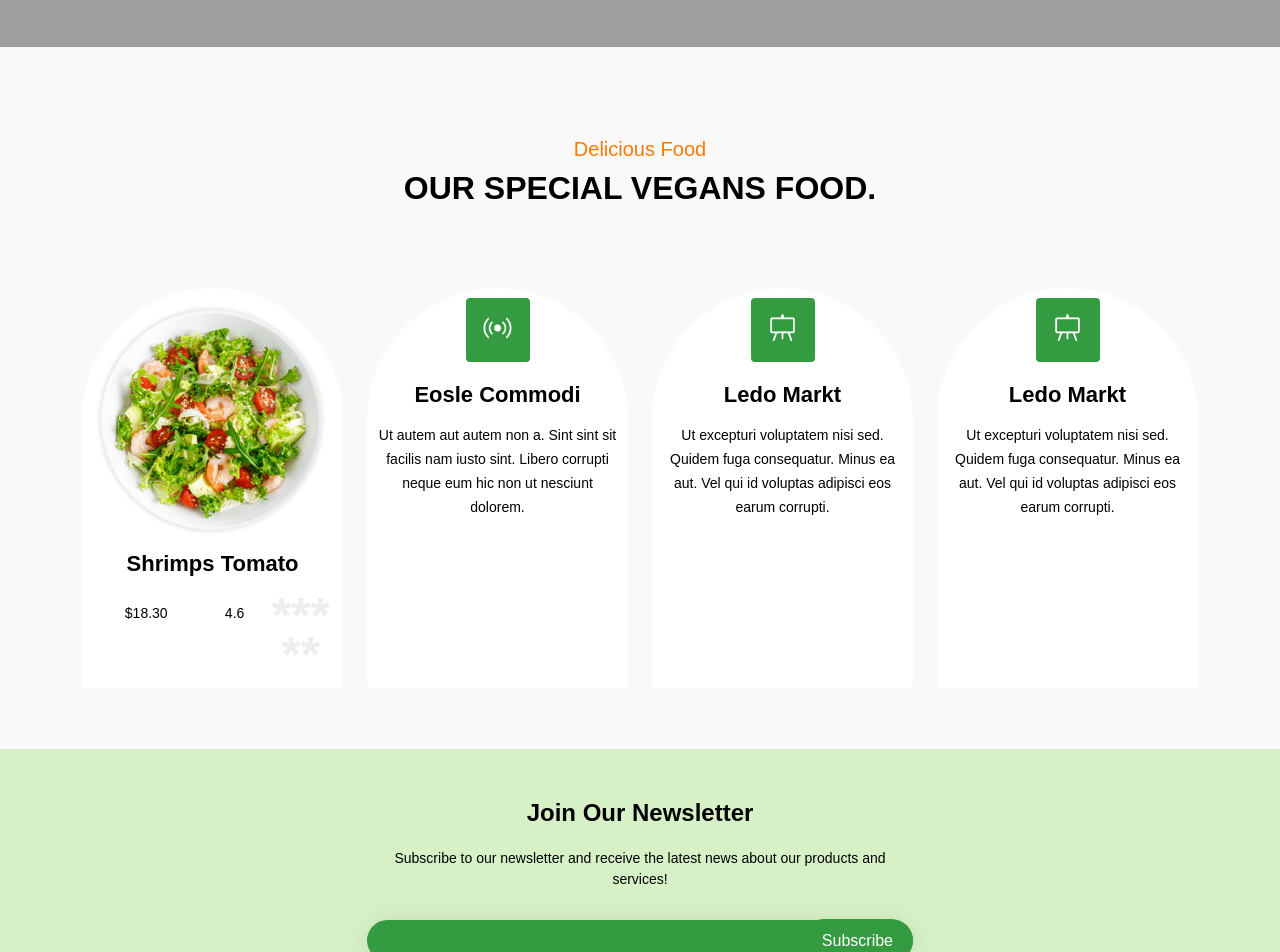
Repository: junivig/volt-new-project
Page: index.html
An editor plug-in stored every save of this project. The page is shown before and after the next save, followed by the edit.
The browser window is 1280 px wide. The pictures show the part of the page from y = 1756 to 2708 px (the page is 3093 px tall).
Pictures or frames that could not be fetched are drawn as grey boxes.

Above is the page before, as saved 2025-01-30 12:35:05.

After the next save:
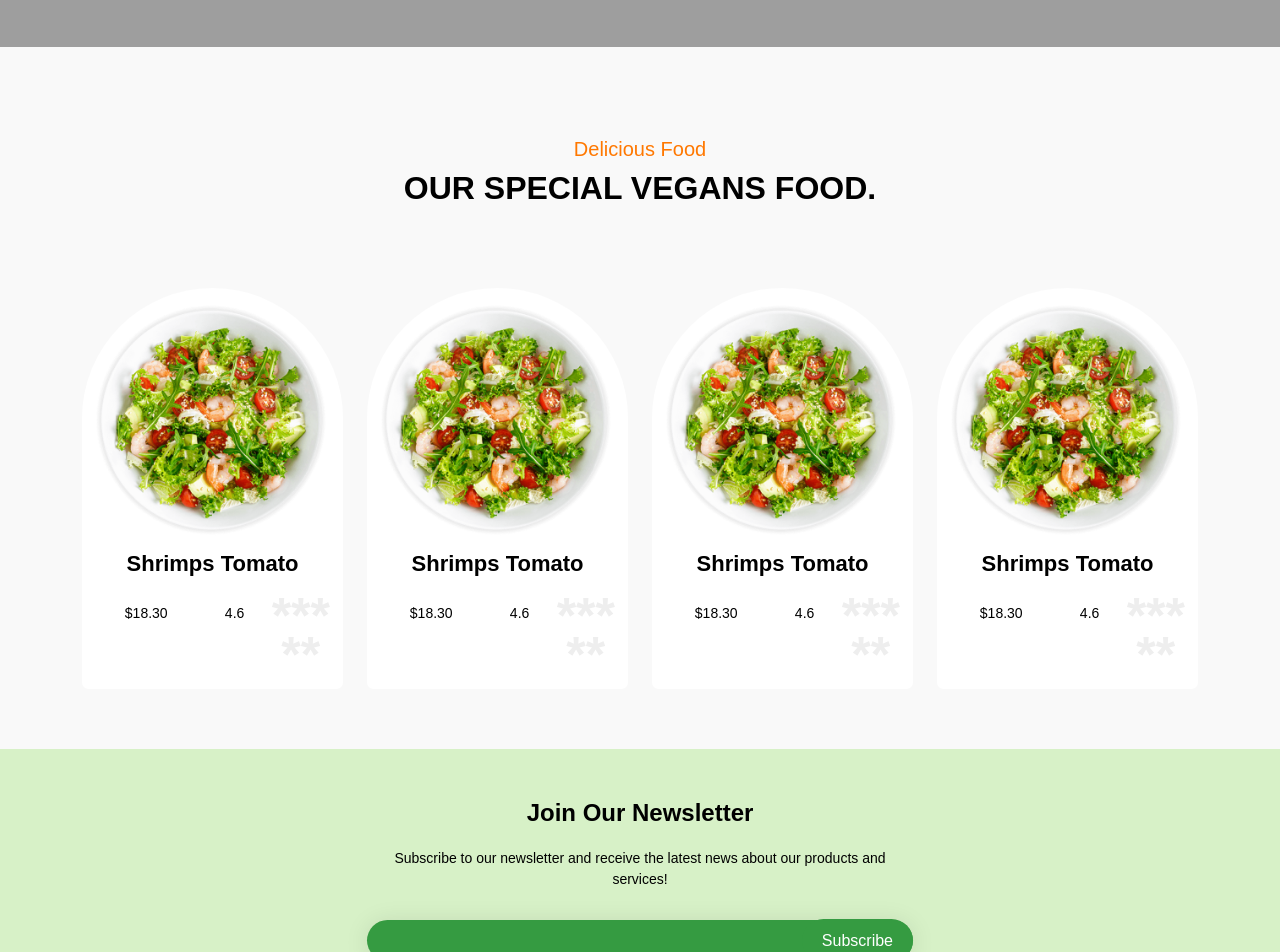
Saved 57 s later.
--- a/index.html
+++ b/index.html
@@ -347,39 +347,66 @@
                 </div>
               </div><!-- End Service Item -->
 
-              <div class="col-lg-3 col-md-6" data-aos="fade-up" data-aos-delay="200">
+              <div class="col-lg-3 col-md-6" data-aos="fade-up" data-aos-delay="100">
                 <div class="service-item position-relative">
-                  <div class="icon">
-                    <i class="bi bi-broadcast"></i>
-                  </div>
-                  <a href="service-details.html" class="stretched-link">
-                    <h3>Eosle Commodi</h3>
-                  </a>
-                  <p>Ut autem aut autem non a. Sint sint sit facilis nam iusto sint. Libero corrupti neque eum hic non ut nesciunt dolorem.</p>
+                  <div class="">
+                    <img src="assets/img/menu-one.png" class="img-fluid " alt="">
+                  </div>
+                    <h3>Shrimps Tomato</h3>
+                  <div class="row mt-4">
+                    <div class="col-6">
+                      <p>$18.30</p>
+                    </div>
+                    <div class="col-2">
+                      <p>4.6</p>
+                    </div>
+                    <div class="col-4 px-0">
+                      <span class="star">***</span>
+                      <span class="star">**</span>
+                    </div>
+                  </div>
                 </div>
               </div><!-- End Service Item -->
 
-              <div class="col-lg-3 col-md-6" data-aos="fade-up" data-aos-delay="300">
+              <div class="col-lg-3 col-md-6" data-aos="fade-up" data-aos-delay="100">
                 <div class="service-item position-relative">
-                  <div class="icon">
-                    <i class="bi bi-easel"></i>
-                  </div>
-                  <a href="service-details.html" class="stretched-link">
-                    <h3>Ledo Markt</h3>
-                  </a>
-                  <p>Ut excepturi voluptatem nisi sed. Quidem fuga consequatur. Minus ea aut. Vel qui id voluptas adipisci eos earum corrupti.</p>
+                  <div class="">
+                    <img src="assets/img/menu-one.png" class="img-fluid " alt="">
+                  </div>
+                    <h3>Shrimps Tomato</h3>
+                  <div class="row mt-4">
+                    <div class="col-6">
+                      <p>$18.30</p>
+                    </div>
+                    <div class="col-2">
+                      <p>4.6</p>
+                    </div>
+                    <div class="col-4 px-0">
+                      <span class="star">***</span>
+                      <span class="star">**</span>
+                    </div>
+                  </div>
                 </div>
               </div><!-- End Service Item -->
 
-              <div class="col-lg-3 col-md-6" data-aos="fade-up" data-aos-delay="300">
+              <div class="col-lg-3 col-md-6" data-aos="fade-up" data-aos-delay="100">
                 <div class="service-item position-relative">
-                  <div class="icon">
-                    <i class="bi bi-easel"></i>
-                  </div>
-                  <a href="service-details.html" class="stretched-link">
-                    <h3>Ledo Markt</h3>
-                  </a>
-                  <p>Ut excepturi voluptatem nisi sed. Quidem fuga consequatur. Minus ea aut. Vel qui id voluptas adipisci eos earum corrupti.</p>
+                  <div class="">
+                    <img src="assets/img/menu-one.png" class="img-fluid " alt="">
+                  </div>
+                    <h3>Shrimps Tomato</h3>
+                  <div class="row mt-4">
+                    <div class="col-6">
+                      <p>$18.30</p>
+                    </div>
+                    <div class="col-2">
+                      <p>4.6</p>
+                    </div>
+                    <div class="col-4 px-0">
+                      <span class="star">***</span>
+                      <span class="star">**</span>
+                    </div>
+                  </div>
                 </div>
               </div><!-- End Service Item -->
 
